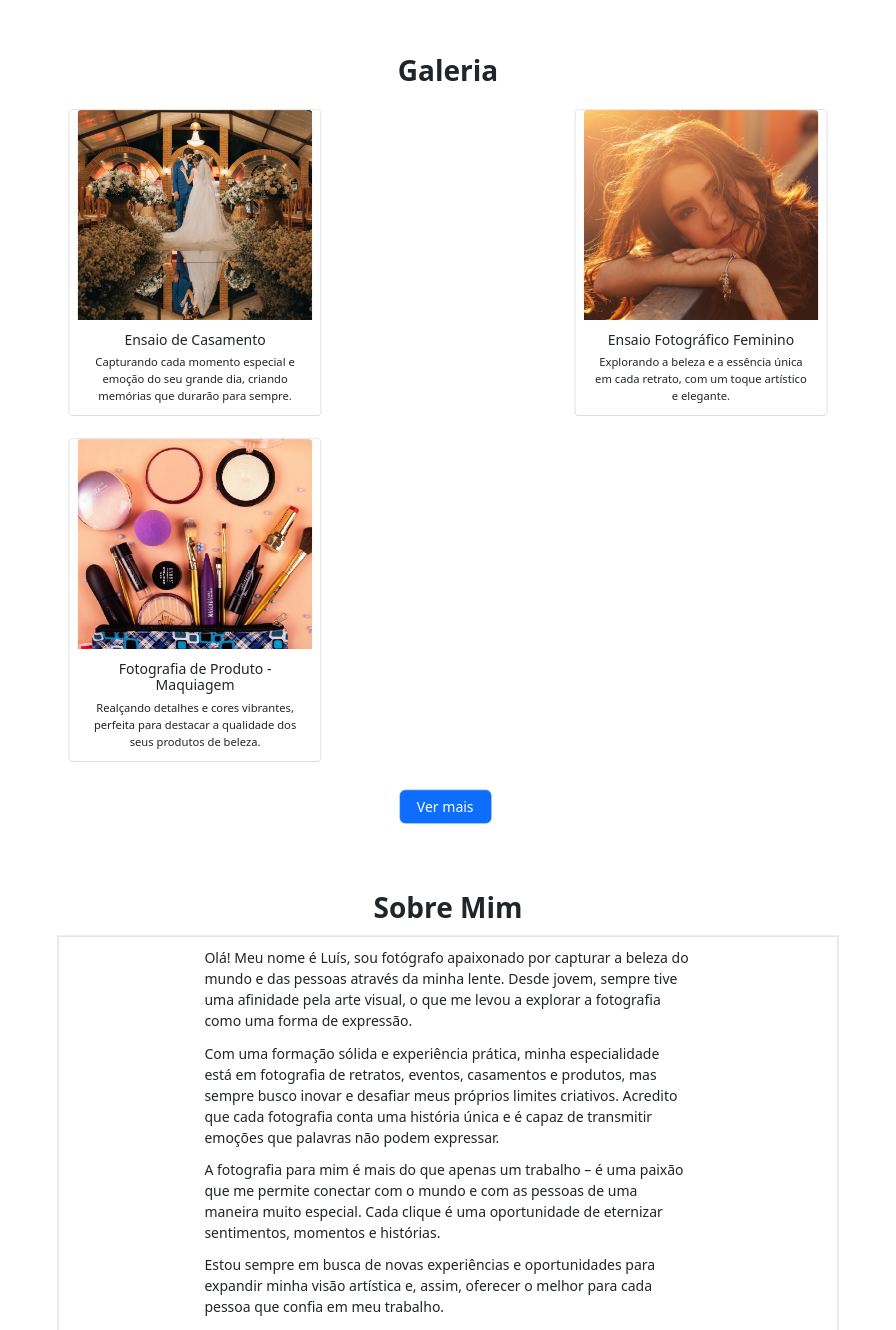
Repository: Marinalr-25/portifolio-fotografia
Page: index.html
These files come from the project's save history. The page is drawn as it stood at one moment and after the next save; the edit follows.
The browser window is 1280 px wide. The pictures show the part of the page from y = 556 to 2456 px (the page is 3279 px tall before and 2953 px after), at 70% of full size.
A picture or video elsewhere on the page could not be fetched, so the positions and the page height are approximate.

Above is the page before, as saved 2025-01-19 21:31:46.

After the next save:
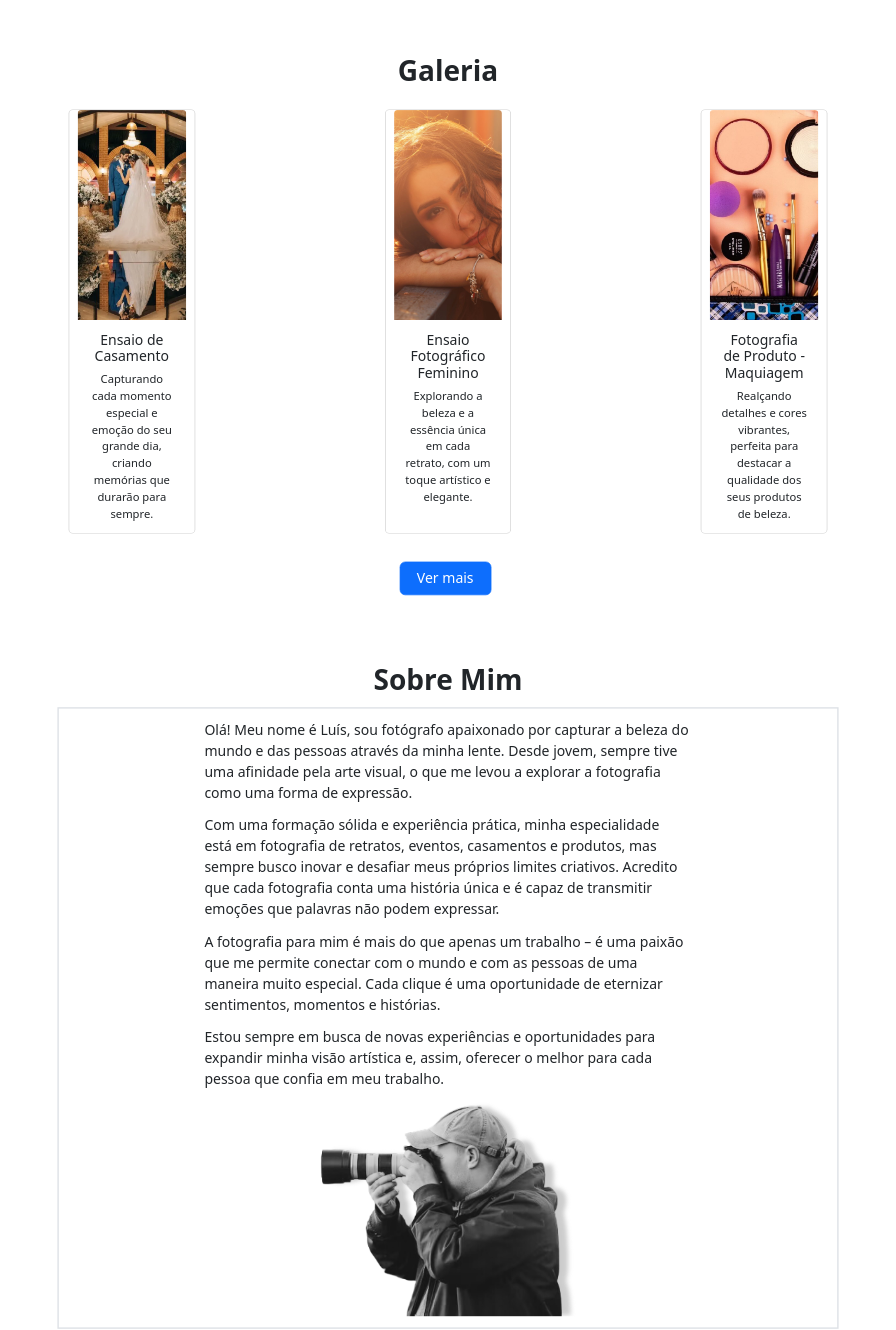
Saved 13 s later.
--- a/index.html
+++ b/index.html
@@ -108,7 +108,7 @@
     <div id="galeria" class="container col-xxl-8 px-4 py-5 p-4 text-center">
       <h1 class="fw-bold mb-3">Galeria</h1>
       <div class="row p-3 d-flex justify-content-between gap-2">
-        <div class="card col-lg-4 col-12 mb-4">
+        <div class="card col-lg-2 col-12 mb-4">
           <img
             src="src/casamento.webp"
             class="card-img-top"
@@ -122,7 +122,7 @@
             </p>
           </div>
         </div>
-        <div class="card col-lg-4 col-12 mb-4">
+        <div class="card col-lg-2 col-12 mb-4">
           <img
             src="src/ensaiofotografico.jpeg"
             class="card-img-top"
@@ -136,7 +136,7 @@
             </p>
           </div>
         </div>
-        <div class="card col-lg-4 col-12 mb-4">
+        <div class="card col-lg-2 col-12 mb-4">
           <img
             src="src/maquiagem.jpg"
             class="card-img-top"
